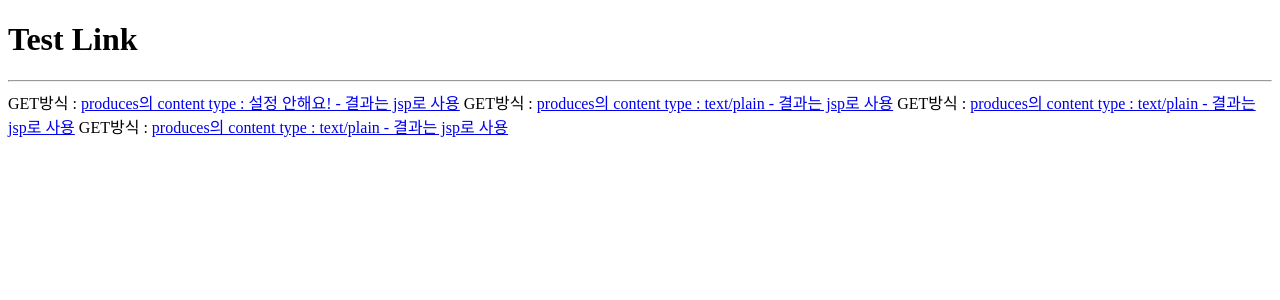
Repository: shashak23/spring_workspace
Page: springweb/src/main/webapp/resources/sample08/reuqestMappingProducesTest.html
The author's editor kept a copy of each file at every save. The page is drawn from the files as they stood at one save, then again after the next save.
The browser window is 1280 px wide. The pictures show the whole page.

Above is the page before, as saved 2023-03-02 01:41:04.

### springweb/src/main/webapp/resources/sample08/reuqestMappingProducesTest.html
<!DOCTYPE html>
<html>
<head>
<meta charset="UTF-8">
<title>Insert title here</title>
</head>
<body>
	<h1>Test Link</h1>
	<hr>
	GET방식 :
	<a href="/springweb/testProduces1">produces의 content type : 설정 안해요! - 결과는 jsp로 사용</a>
	GET방식 :
	<a href="/springweb/testProduces2">produces의 content type : text/plain - 결과는 jsp로 사용</a> <!-- 꺽쇠가있는 문자열로 인식함 -->
	GET방식 :
	<a href="/springweb/testProduces3">produces의 content type : text/plain - 결과는 jsp로 사용</a>
	GET방식 :
	<a href="/springweb/testProduces4">produces의 content type : text/plain - 결과는 jsp로 사용</a>
</body>
</html>

After the next save:
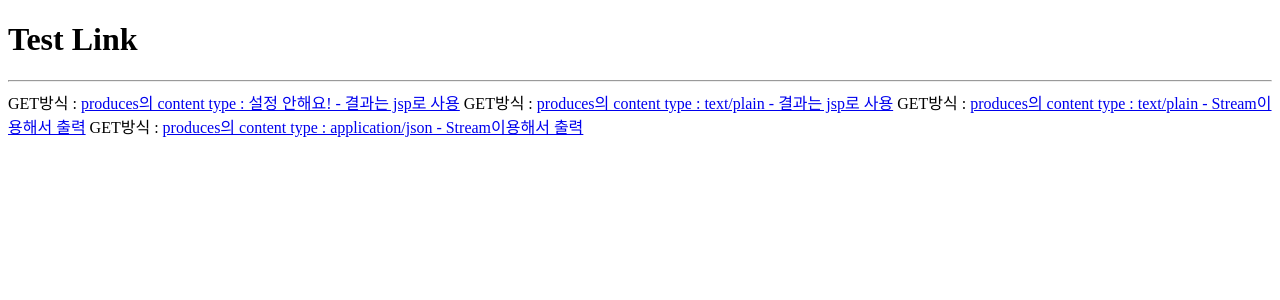
Saved 23 s later.
--- a/springweb/src/main/webapp/resources/sample08/reuqestMappingProducesTest.html
+++ b/springweb/src/main/webapp/resources/sample08/reuqestMappingProducesTest.html
@@ -12,8 +12,8 @@
 	GET방식 :
 	<a href="/springweb/testProduces2">produces의 content type : text/plain - 결과는 jsp로 사용</a> <!-- 꺽쇠가있는 문자열로 인식함 -->
 	GET방식 :
-	<a href="/springweb/testProduces3">produces의 content type : text/plain - 결과는 jsp로 사용</a>
+	<a href="/springweb/testProduces3">produces의 content type : text/plain - Stream이용해서 출력</a>
 	GET방식 :
-	<a href="/springweb/testProduces4">produces의 content type : text/plain - 결과는 jsp로 사용</a>
+	<a href="/springweb/testProduces4">produces의 content type : application/json - Stream이용해서 출력</a>
 </body>
 </html>
